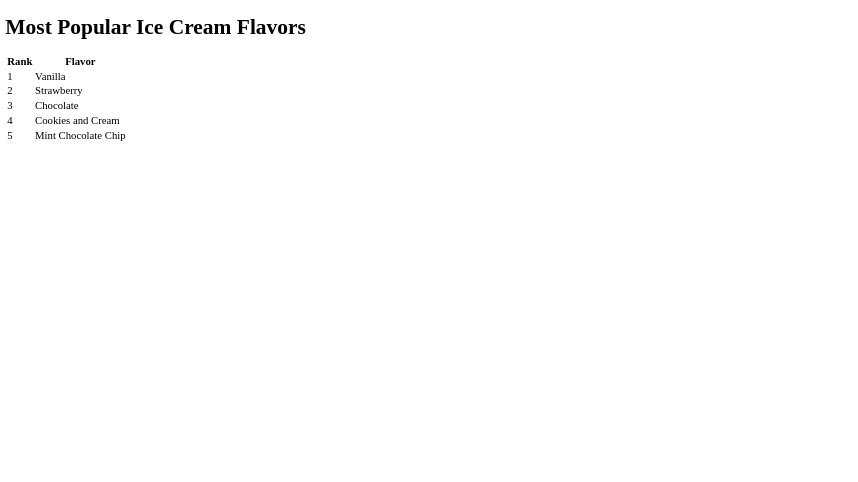
Repository: lilicma13/lilicma13.github.io
Page: 214/ice.html
The author's editor kept a record of every edit. The page is drawn from the files as they stood at one moment, then again after the next edit.
The browser window is 1280 px wide. The pictures show the whole page, at 67% of full size.

Above is the page before.

### 214/ice.html
<!DOCTYPE html>
   <html>
     <head>
       <meta charset="utf-8">
       <title>I Scream For Ice Cream!</title>
     </head>
     <body>
       <h1>Most Popular Ice Cream Flavors</h1>
       <table>

        <tr><th>Rank</th><th>Flavor</th></tr>
        <tr><td>1</td><td>Vanilla</td></tr>
        <tr><td>2</td><td>Strawberry</td></tr>
        <tr><td>3</td><td>Chocolate</td></tr>
        <tr><td>4</td><td>Cookies and Cream</td></tr>
        <tr><td>5</td><td>Mint Chocolate Chip</td></tr>
      </table>
    </body>
  </html>

After the next edit:
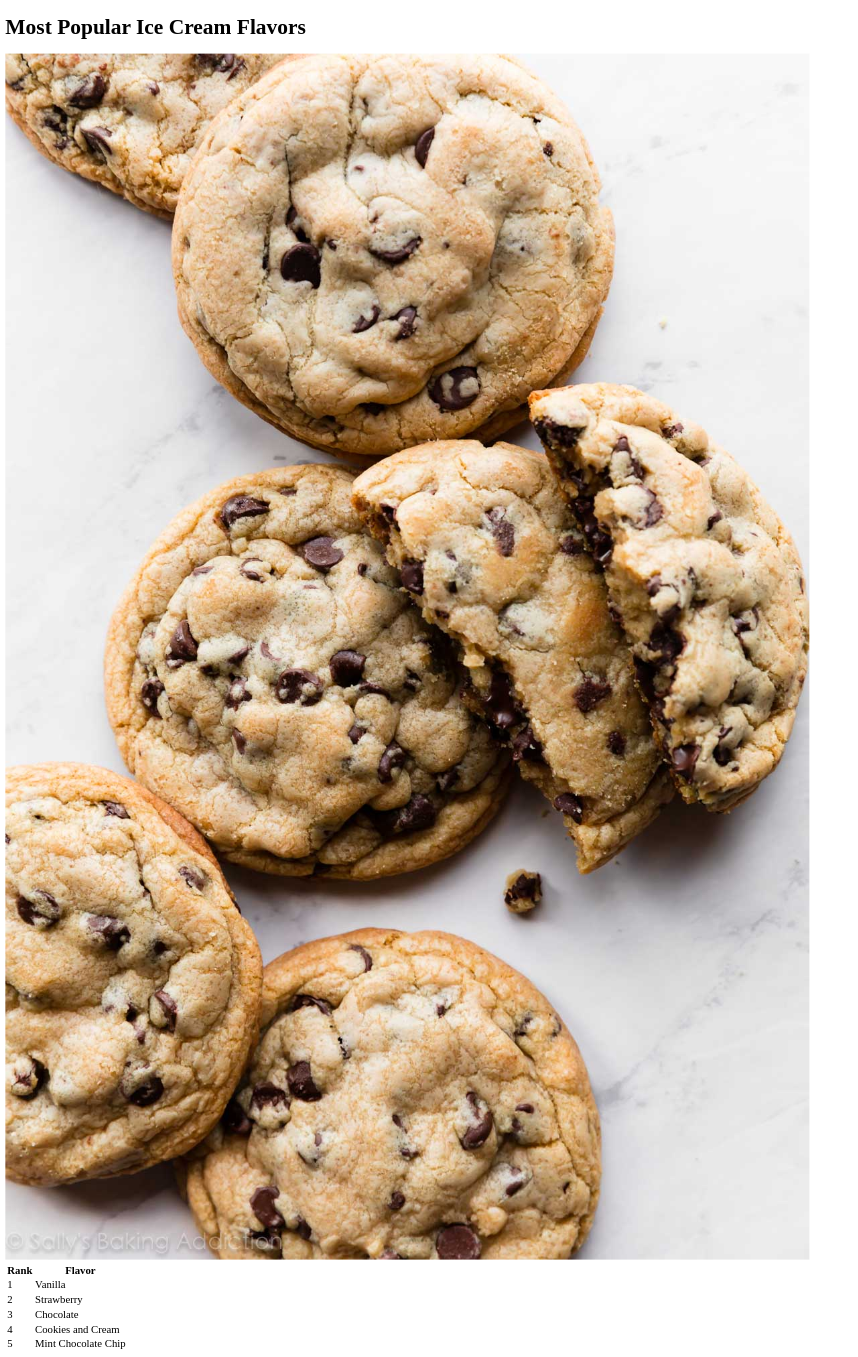
The edit:
--- a/214/ice.html
+++ b/214/ice.html
@@ -14,6 +14,7 @@
         <tr><td>3</td><td>Chocolate</td></tr>
         <tr><td>4</td><td>Cookies and Cream</td></tr>
         <tr><td>5</td><td>Mint Chocolate Chip</td></tr>
+        <img src="cookies.jpg" />
       </table>
     </body>
   </html>
